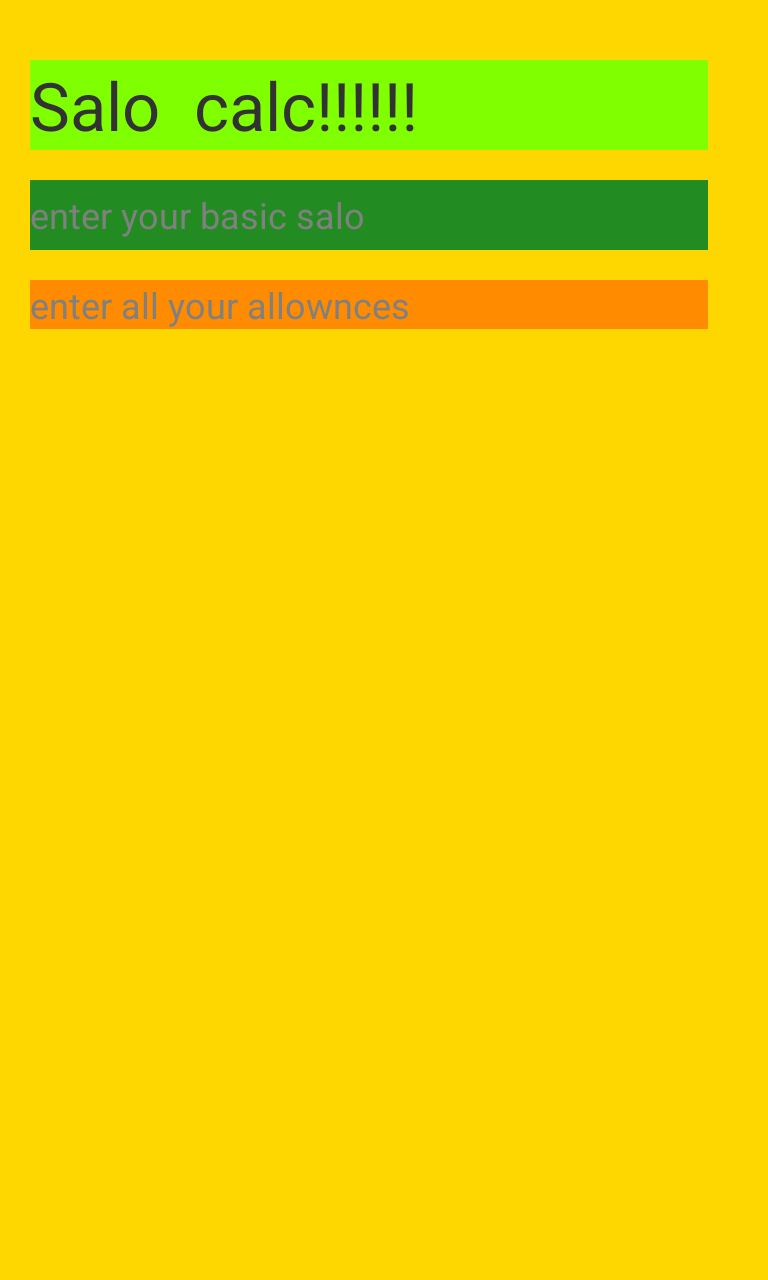
Repository: njiiriJohnii/Android-projects
Layout: salo/res/layout/activity_main.xml
The author's editor kept a copy of each file at every save. The layout is drawn from the files as they stood at one save, then again after the next save.
It is drawn on a 768 x 1280 px phone screen (xhdpi) without system bars, with theme AppTheme; the app's code is not run.

Above is the layout before, as saved 2014-05-29 19:09:58.

After the next save:
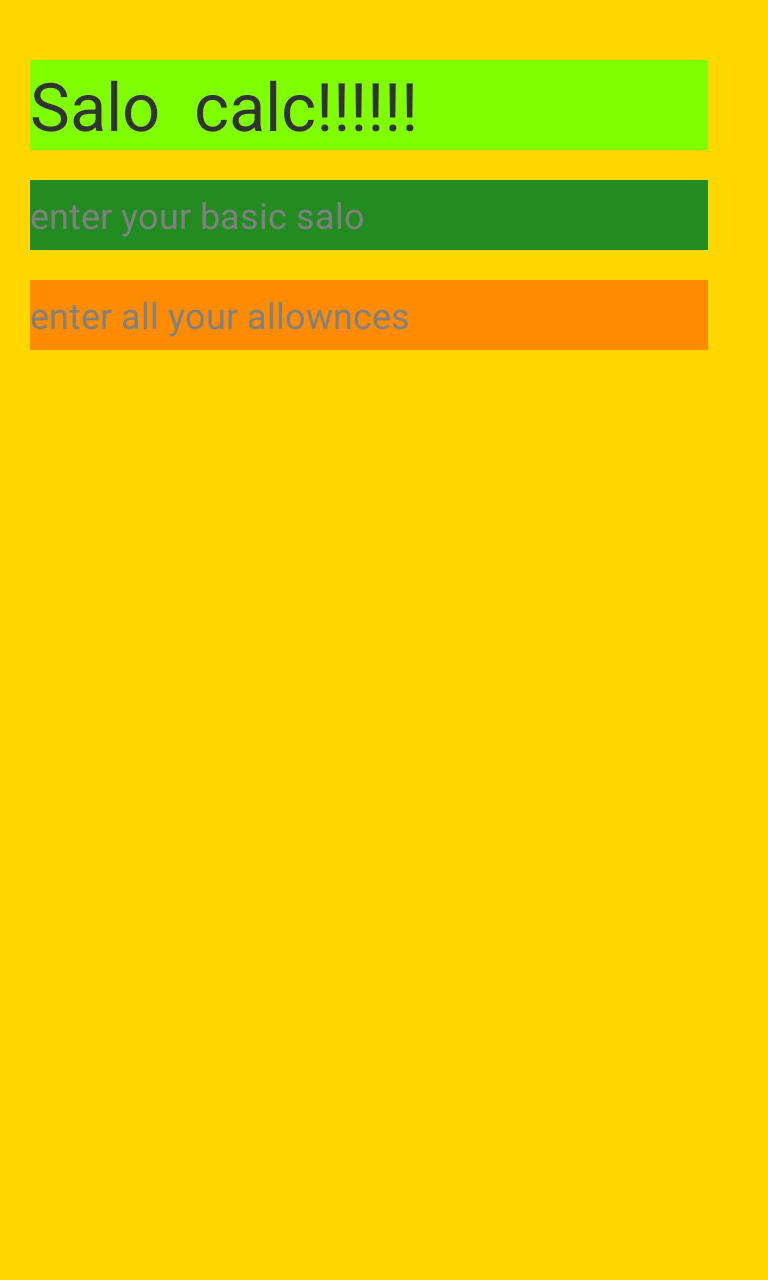
Saved 18 s later.
--- a/salo/res/layout/activity_main.xml
+++ b/salo/res/layout/activity_main.xml
@@ -37,6 +37,7 @@
         android:layout_marginTop="15dp"
         android:background="#FF8C00"
         android:ems="10"
+         android:height="35dp"
         android:hint="enter all your allownces" >
     </EditText>
 
